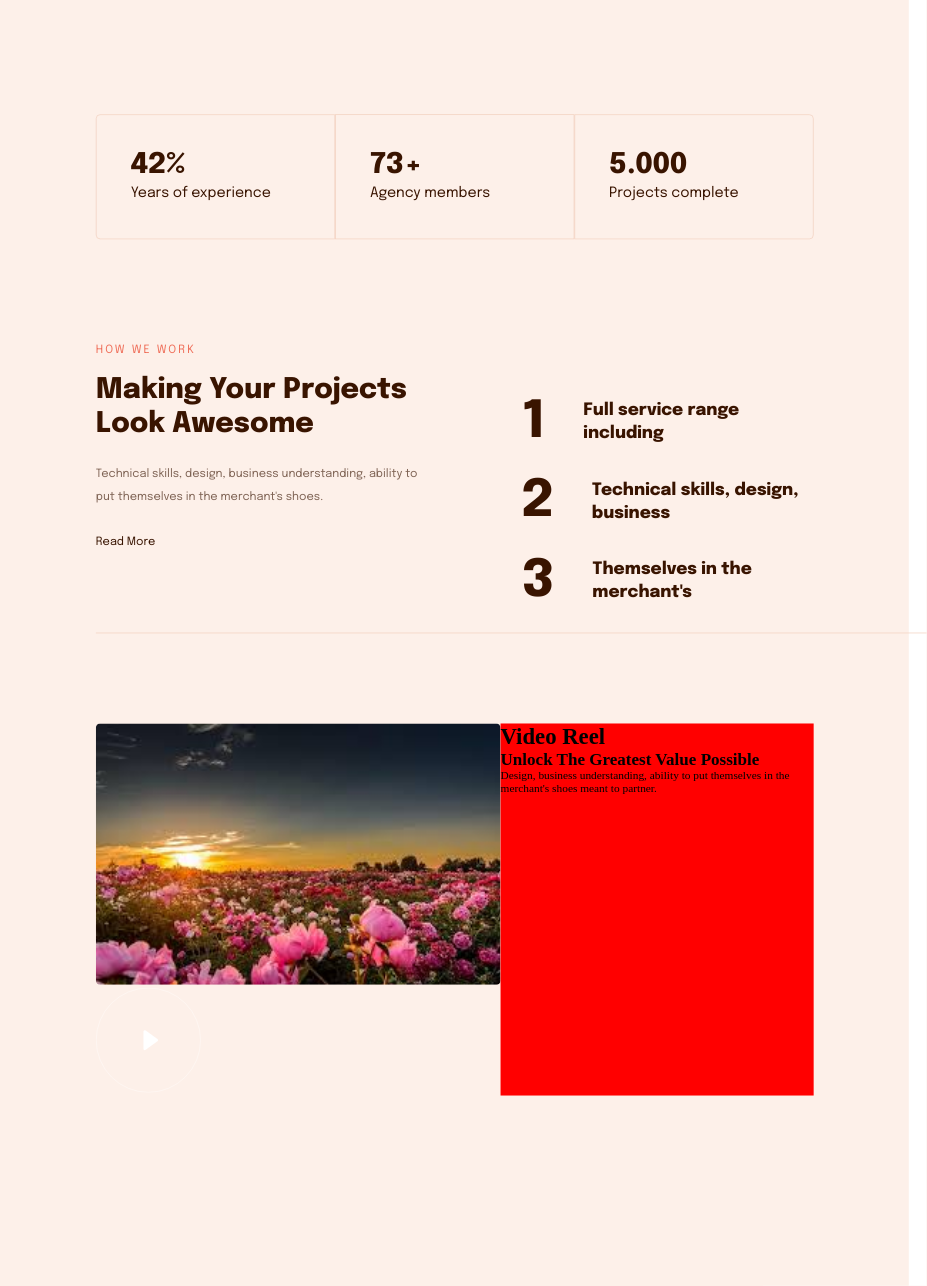
Repository: AytacJafarova/task2
Page: index.html
The author's editor kept a copy of each file at every save. The page is drawn from the files as they stood at one save, then again after a run of saves.
The browser window is 1280 px wide. The page is 1305 px wide, so the pictures cover 1305 px, including what lies to the right of the window. The pictures show the whole page, at 71% of full size.

Above is the page before, as saved 2023-08-01 14:29:26.

After the next 2 saves:
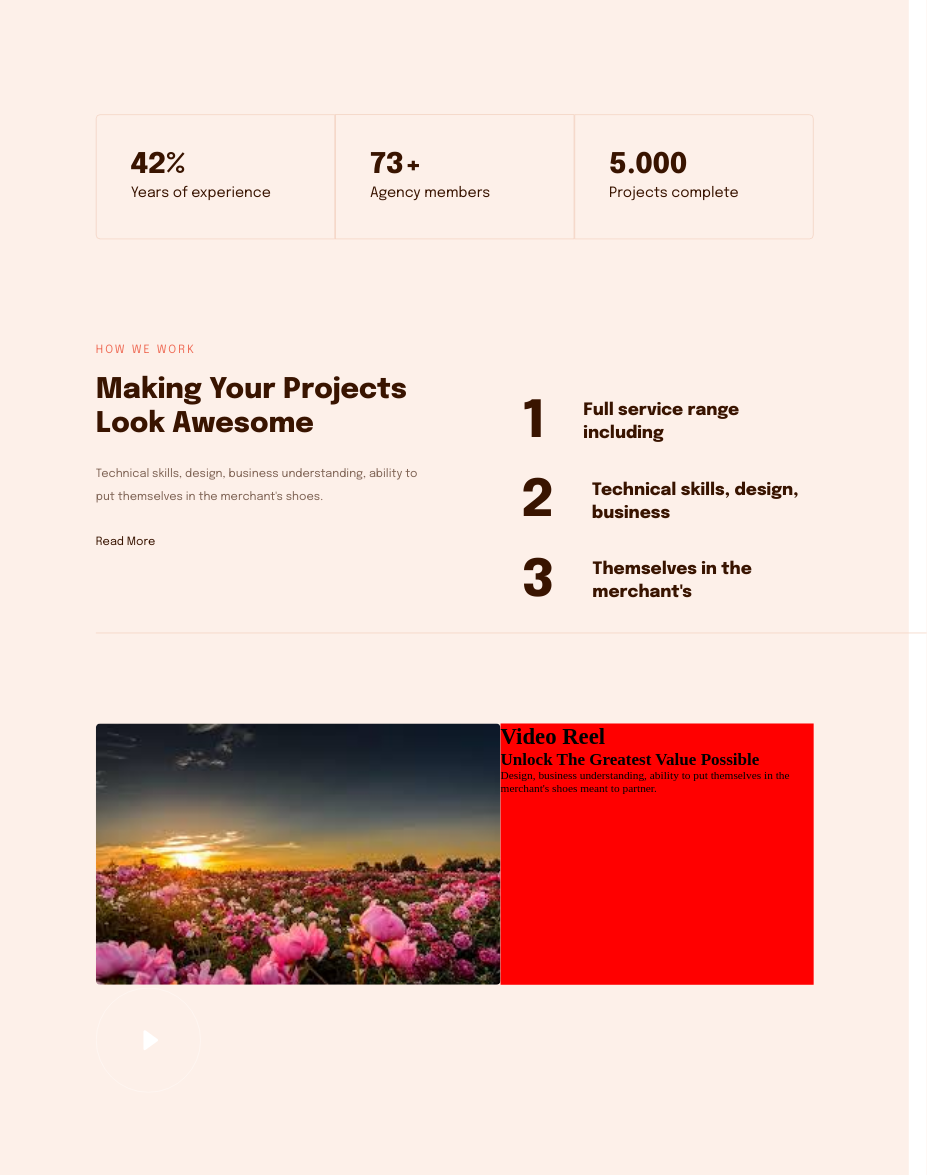
The 2 saves are shown as one change because they came seconds apart.
The last was saved 6 s later.
--- a/index.css
+++ b/index.css
@@ -141,6 +141,8 @@
     background-color: red;
 }
 .video-img{
+    width: 570px;
+    height: 368px;
 
 }
 .video .video-img .first {

After the save that followed:
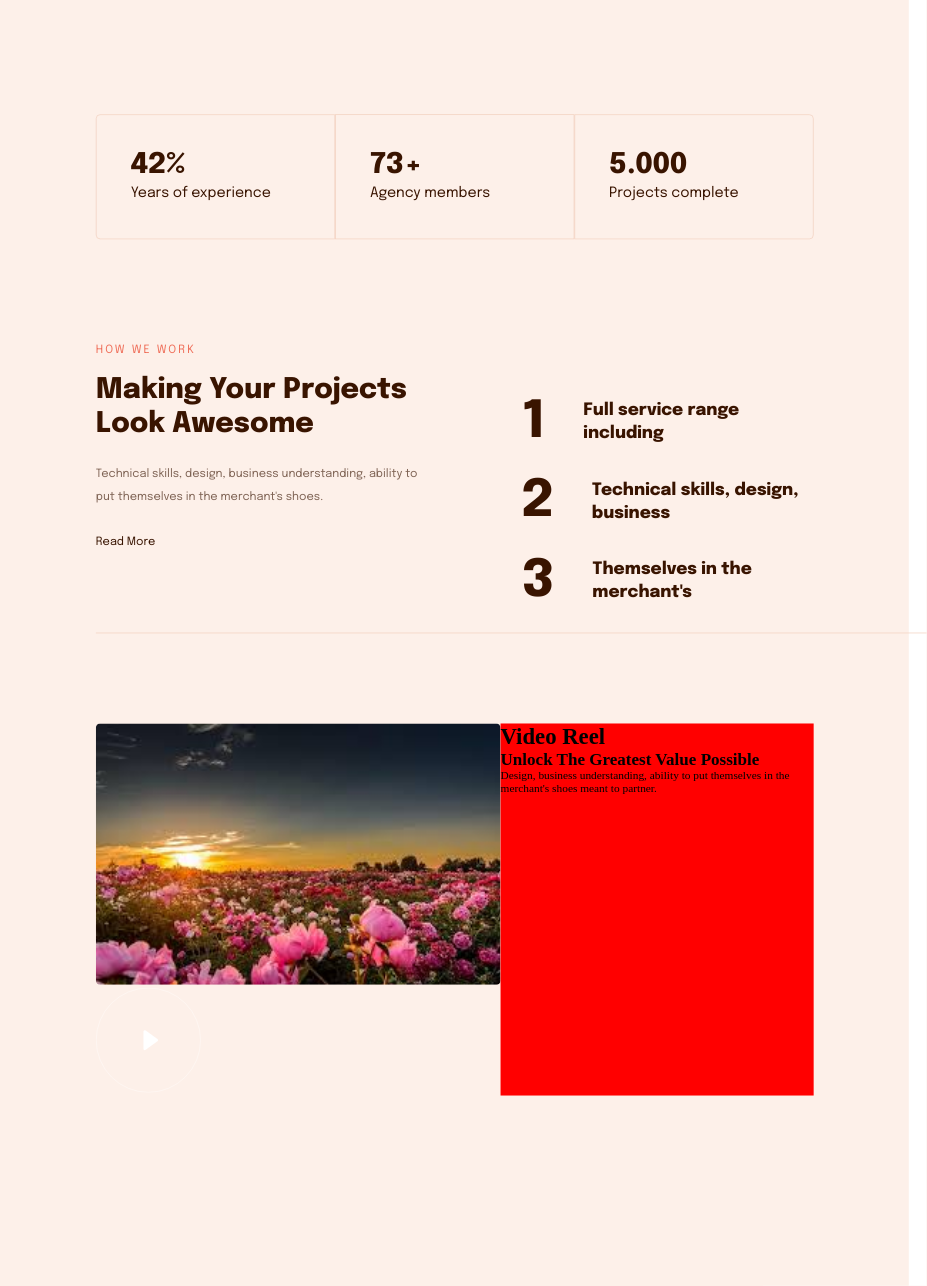
Saved 13 s later.
--- a/index.css
+++ b/index.css
@@ -140,11 +140,11 @@
 .video .texts{
     background-color: red;
 }
-.video-img{
+/* .video-img{
     width: 570px;
     height: 368px;
 
-}
+} */
 .video .video-img .first {
   width: 570px;
   height: 368px;
